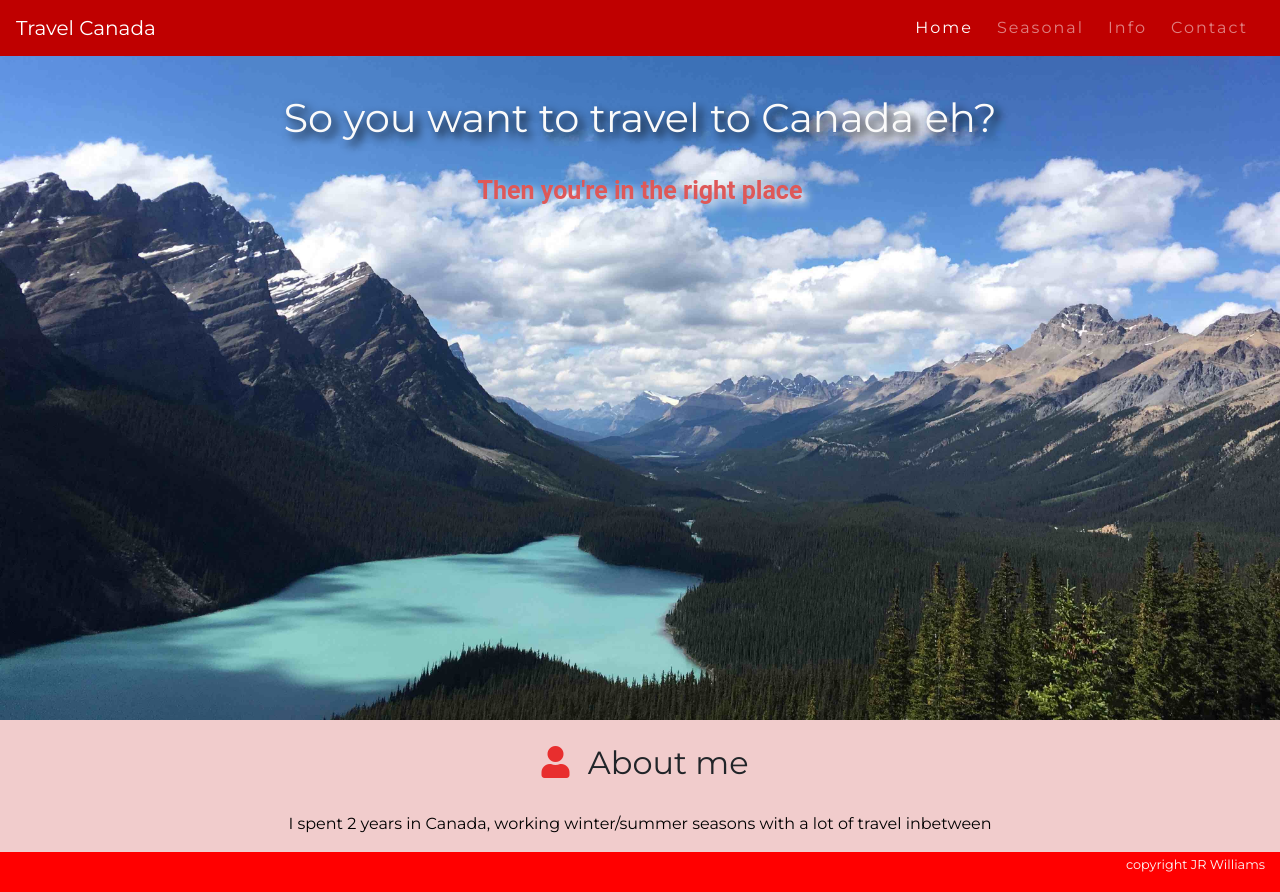
Repository: JonWil91/Travel-Canada
Page: index.html
The author's editor kept a record of every edit. The page is drawn from the files as they stood at one moment, then again after the next edit.
The browser window is 1280 px wide. The pictures show the whole page.
Backgrounds fixed to the window are drawn as part of the page. Some web libraries are served in a nearby version.

Above is the page before.

### index.html
<!DOCTYPE html>
<html lang="en">

<head>
    <meta charset="UTF-8">
    <meta name="viewport" content="width=device-width, initial-scale=1.0">
    <meta http-equiv="X-UA-Compatible" content="ie=edge">
    <title>Canada</title>
    <link rel="stylesheet" href="https://stackpath.bootstrapcdn.com/bootstrap/4.3.1/css/bootstrap.min.css" integrity="sha384-ggOyR0iXCbMQv3Xipma34MD+dH/1fQ784/j6cY/iJTQUOhcWr7x9JvoRxT2MZw1T" crossorigin="anonymous">
    <link href="https://fonts.googleapis.com/css?family=Montserrat:200,400,500i&display=swap" rel="stylesheet">
    <link rel="stylesheet" href="https://use.fontawesome.com/releases/v5.6.1/css/all.css" integrity="sha384-gfdkjb5BdAXd+lj+gudLWI+BXq4IuLW5IT+brZEZsLFm++aCMlF1V92rMkPaX4PP" crossorigin="anonymous">
    <link rel="stylesheet" href="css/style.css" type="text/css" />


    <body>

        <!-- navbar -->

        <div class="container-fluid navalert-container">
            <nav class="navbar navbar-dark navbar-expand-sm navbar-fixed-top">
                <a href="index.html" class="navbar-brand">Travel Canada</a>
                <button class="navbar-toggler ml-auto" type="button" data-toggle="collapse" data-target="#navbarNavDropdown" aria-controls="navbarNavDropdown" aria-expanded="false" aria-label="Toggle
        navigation">
            <span class="navbar-toggler-icon"></span>
        </button>
                <div class="collapse navbar-collapse" id="navbarNavDropdown">
                    <ul class="navbar-nav ml-auto">
                        <li class="active nav-item mr-2"><a class="nav-link" href="index.html">Home</a></li>
                        <li class="nav-item mr-2"><a class="nav-link" href="seasonal.html">Seasonal</a></li>
                        <li class="nav-item mr-2"><a class="nav-link" href="info.html">Info</a></li>
                        <li class="nav-item mr-2"><a class="nav-link" href="contact.html">Contact</a></li>

                    </ul>
                </div>
            </nav>
        </div>

        <!-- /navbar -->

        <!-- landing page -->


        <div class="container-fluid callout-container">
            <!-- Callout -->
            <div class="row">
                <div class="col-12">
                    <section class="callout jumbotron text-center">
                        <h1 class="jumbotron-header">So you want to travel to Canada eh?</h1>
                        <p class="lead">Then you're in the right place</p>
                    </section>
                </div>
            </div>
        </div>

        <!--/landing page-->

        <!-- about me -->

        <div class="container-fluid text-center">
            <div class="row">
                <div class="col-12">
                    <h2><i class="fas fa-user icon my-3"></i> About me</h2>
                    <p class="about-me-text">
                        I spent 2 years in Canada, working winter/summer seasons with a lot of travel inbetween
                    </p>
                </div>
            </div>
        </div>

        <!-- /about me -->

        <!-- footer -->

        <div class="container-fluid footer">
            <div class="row">
                <div class="col-12">
                    <p class="ml-auto"><small>copyright JR Williams</small></p>

                </div>
            </div>
        </div>


        <!-- /footer -->











        <script src="https://code.jquery.com/jquery-3.3.1.slim.min.js" integrity="sha384-q8i/X+965DzO0rT7abK41JStQIAqVgRVzpbzo5smXKp4YfRvH+8abtTE1Pi6jizo" crossorigin="anonymous"></script>
        <script src="https://cdnjs.cloudflare.com/ajax/libs/popper.js/1.14.7/umd/popper.min.js" integrity="sha384-UO2eT0CpHqdSJQ6hJty5KVphtPhzWj9WO1clHTMGa3JDZwrnQq4sF86dIHNDz0W1" crossorigin="anonymous"></script>
        <script src="https://stackpath.bootstrapcdn.com/bootstrap/4.3.1/js/bootstrap.min.js" integrity="sha384-JjSmVgyd0p3pXB1rRibZUAYoIIy6OrQ6VrjIEaFf/nJGzIxFDsf4x0xIM+B07jRM" crossorigin="anonymous"></script>






    </body>

### css/style.css
body {
    font-family: 'Montserrat', sans-serif;
    background-color: #f1cccc;
}

/* landing page */

.callout-container {
    height: 100vh;
    background: url("../images/canada-landing-page.jpg") no-repeat bottom right fixed;
    -webkit-background-size: cover;
    -moz-background-size: cover;
    -o-background-size: cover;
    background-size: cover;

    display: flex;
    justify-content: center;
    position: relative;
}

.jumbotron {
    background-color: transparent;
    margin-top: 30px;
    color: #fafafa;
}

.jumbotron-header {
    font-size: 40px;
    color: #fafafa;
    text-shadow: 5px 5px 10px black;
}

.lead {
    margin-top: 30px;
    color: #de5858;
    font-family: 'Roboto', sans-serif;
    font-weight: 600;
    font-size: 25px;
    text-shadow: 5px 5px 10px #fafafa;


}

.about-me {
    color: #fafafa;
    text-shadow: 5px 5px 10px black;
}

.about-me-text {
    color: black;
}


/* /landing page */

/* Navbar */

.navalert-container {
    position: absolute;
    top: 0;
    left: 0;
    padding-left: 0;
    padding-right: 0;
    z-index: 1;
    background-color: #ff0000;
}

.navbar {
    margin-bottom: 0;
    border: 0;
    width: 100%;
    background-color: rgba(0, 0, 0, 0.25);
}

.navbar-toggler {
    border: none;
    background-color: transparent;
}

.navbar-brand {
    font-weight: 500;
}

.navbar-nav {
    letter-spacing: 2px;
}

.jumbotron-header {
    font-weight: 500;
}

/* /navbar */

/* seasonal */

.title-container {
    display: flex;
    justify-content: center;
    position: relative;
}

.container-subheading {
    display: flex;
    justify-content: center;
    position: relative;
}

.img-fluid {
    width: 100vh;
    height: 65vh;
    border-radius: 20px;
}

.flag-picture {
    width: 90vh;
    height: 65vh;
    border-radius: 20px;
    margin-top: 90px
}


.icon {
    color: #e82e2e;
    padding: 10px;
    transition: all 0.3s ease 0s;
}

.icon:hover {
    color: #f59e42;
}

.season-title {
    padding: 0 0 20px 0;

}

.season-section {
    font-size: 18px;
    padding: 10px;
}

.card-header {
    justify-content: center;
    display: flex;
    background-color: transparent;
    border: none;
    text-decoration: none;
}

button {
    text-decoration: none;
}

.btn-link:hover, .btn-link:active, .btn-link:focus {
    text-decoration: none;
    background-color: blue;
}





/* /seasonal */

/* Footer */

.footer {
    background-color: #ff0000;
    color: #fafafa;
    float: right;
}

.ml-auto {
    float: right;
}

/* /footer */

.title {
    color: #fafafa;
}

.timeline-item {
    padding: 4em 2em 0em 2em;
    position: relative;
    color: red;
    border-left: 1px solid;
}

.timeline-item p {
    padding: 0;
    margin: 0;
}

.timeline-item:before {
    content: attr(data-dates);
    position: absolute;
    left: 2.5em;
    top: 3em;
    display: block;
    font-family: "Exo", sans-serif;
    font-weight: 500;
    font-size: 0.8em;
    padding: 0;
    margin: 0;
}

.timeline-item:after {
    width: 12px;
    height: 12px;
    display: block;
    top: 2.4em;
    position: absolute;
    left: -6px;
    border-radius: 12px;
    content: '';
    background-color: #fafafa;
}

.history-items {
    margin-bottom: 30px;
}

.extra-info {
    color: red;
}

.card,
.card-reader {
    background-color: transparent;
    border: none !important;
    padding: 0;
    margin-bottom: 20px;
}


/* Contact */

.contact-box {}



/* /Contact */

After the next edit:
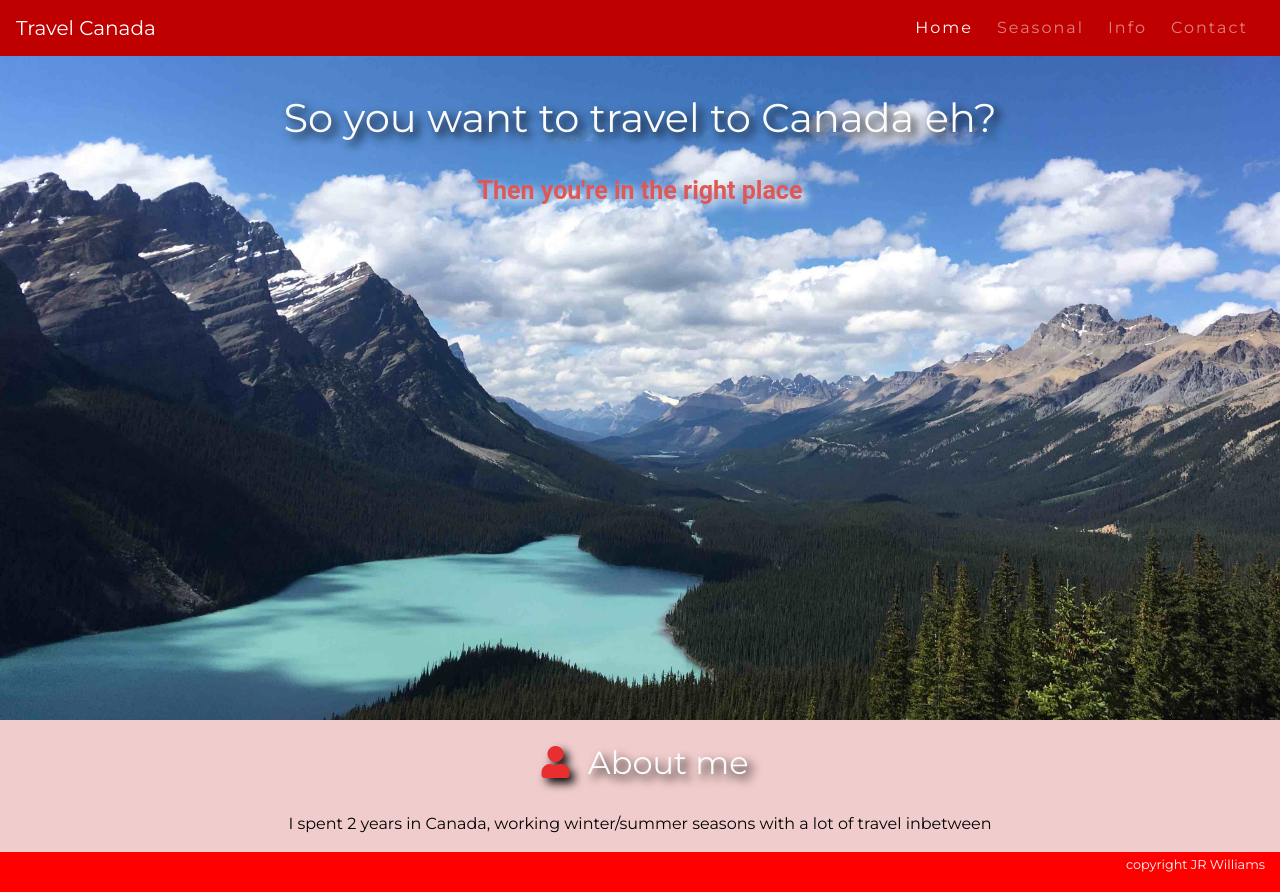
The edit:
--- a/index.html
+++ b/index.html
@@ -59,7 +59,7 @@
         <div class="container-fluid text-center">
             <div class="row">
                 <div class="col-12">
-                    <h2><i class="fas fa-user icon my-3"></i> About me</h2>
+                    <h2 class="about-me"><i class="fas fa-user icon my-3"></i> About me</h2>
                     <p class="about-me-text">
                         I spent 2 years in Canada, working winter/summer seasons with a lot of travel inbetween
                     </p>
